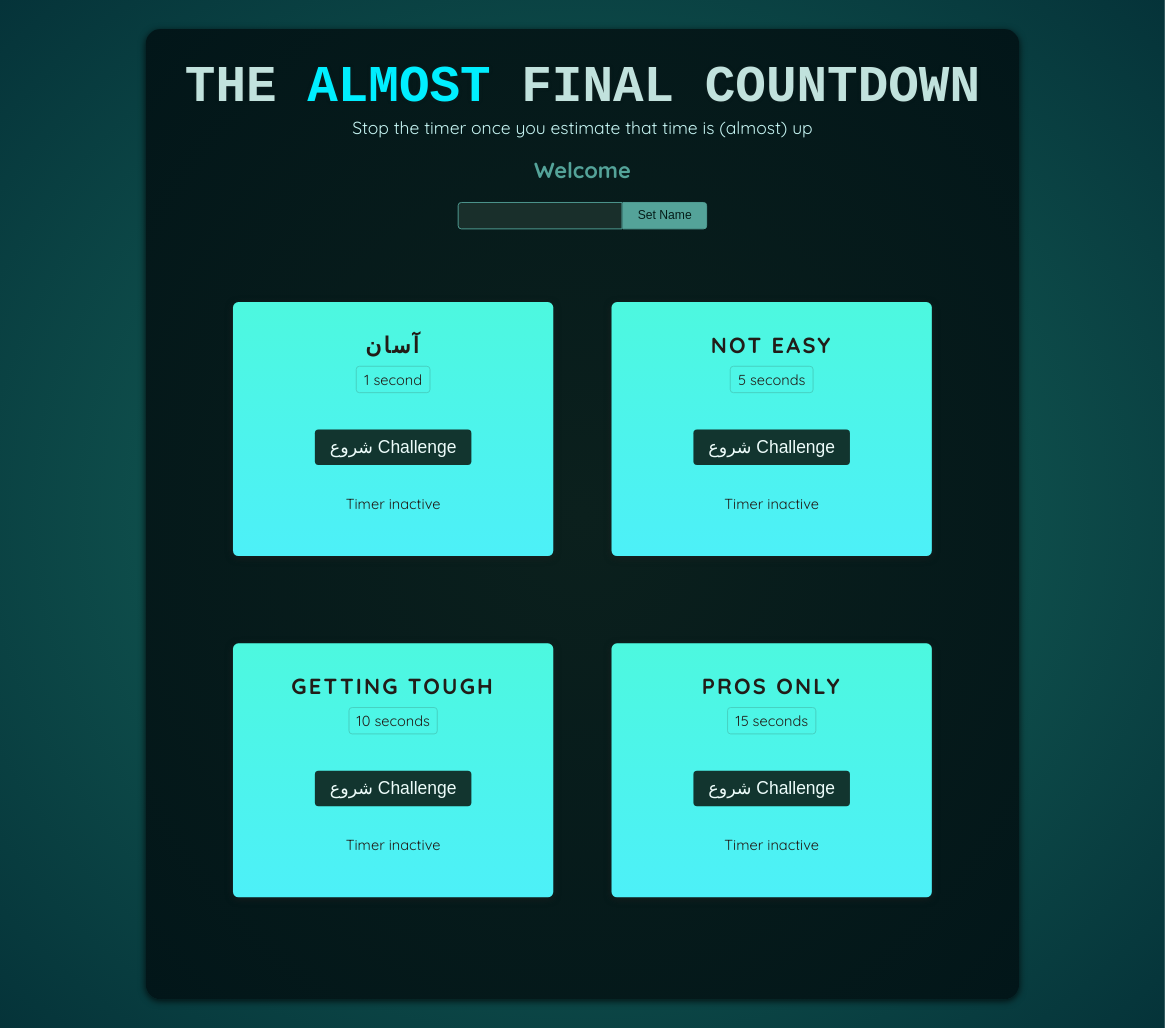
Repository: H-ala/react-near-end
Page: /
The author's editor kept a copy of each file at every save. The page is drawn from the files as they stood at one save, then again after the next save.
The browser window is 1280 px wide. The pictures show the whole page, at 91% of full size.
Some web fonts or font styles are not loaded; a fallback is used. The project was rebuilt for these pictures with package versions that can differ from the ones it lists, and the page was loaded fresh each time. Also part of the build but not shown: vite.config.js.

Above is the page before, as saved 2025-10-21 19:04:06.

After the next save:
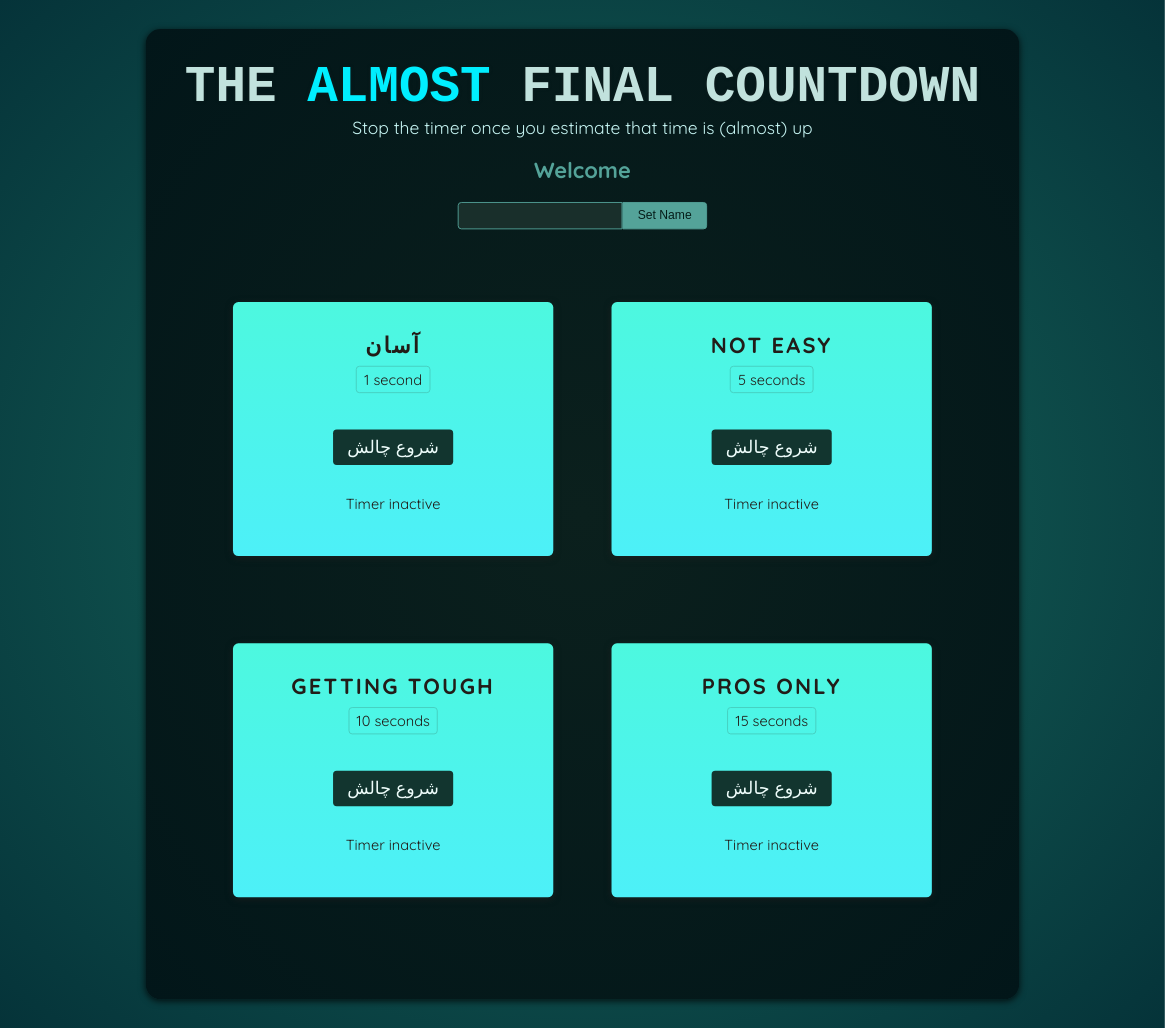
Saved 8 s later.
--- a/src/components/TimerChallenge.jsx
+++ b/src/components/TimerChallenge.jsx
@@ -43,7 +43,7 @@ export default function TimerChallenge({ title, targetTime }) {
         </p>
         <p>
           <button onClick={timerIsActive ? handleStop : handleStart}>
-            {timerIsActive ? "توقف" : "شروع"} Challenge
+            {timerIsActive ? "توقف" : "شروع"} چالش
           </button>
         </p>
         <p className={timerIsActive ? "active" : undefined}>
